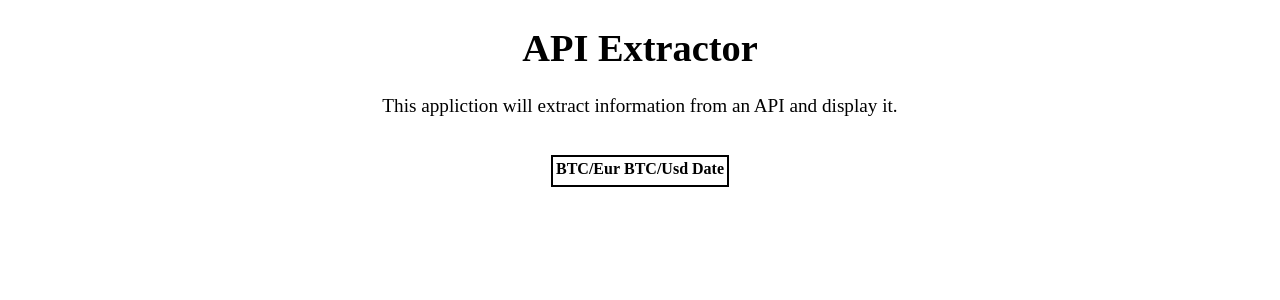
Repository: vxyux/api-extraction
Page: index.html
The author's editor kept a copy of each file at every save. The page is drawn from the files as they stood at one save, then again after a run of saves.
The browser window is 1280 px wide. The pictures show the whole page.
The page's requests for data from a server got no answer.

Above is the page before, as saved 2023-09-05 10:35:43.

### index.html
<!DOCTYPE html>
<html lang="en">
<head>
  <meta charset="UTF-8">
  <meta name="viewport" content="width=device-width, initial-scale=1.0">
  <title>Document</title>
  <link rel="stylesheet" href="stylesheet.css">
  <script src="app.js"></script>
</head>
<body>
  <div class="center">
    <h1>API Extractor</h1>
    <p>This appliction will extract information from an API and display it.</p>
  </div>

  <img src="" id="loading" alt="">

  <table>
  <tr>
    <th>BTC/Eur</th>
    <th>BTC/Usd</th>
    <th>Date</th>
  </tr>
  <tr>
    <td><div id="rate-eur"></div></td>
    <td><div id="rate-usd"></div></td>
    <td><div id="date"></div></td>
  </tr>
</table>
</body>
</html>

### stylesheet.css
.center {
  text-align: center;
  font-size: 120%;
}

table
{
  border: 1px solid black;
  border-width: 2px;
  margin-left: auto;
  margin-right: auto;
}

### app.js
const api_url = 'https://api.coindesk.com/v1/bpi/currentprice.json';

async function getapi(url) {
  const response = await fetch(url);

  var data = await response.json();

  console.log(data.bpi.EUR.rate);

  if (response) {
    hideloader();
  }
  show(data);
}

getapi(api_url);

function hideloader() {
  document.getElementById('loading').style.display = 'none';
}

function show(data) {
  var rate_eur = data.bpi.EUR.rate;
  var rate_usd = data.bpi.USD.rate;
  var date = data.time.updated;

  document.getElementById('rate-eur').innerHTML =
    '<p>' + rate_eur + '</p>';

  document.getElementById('rate-usd').innerHTML =
    '<p>' + rate_usd + '</p>';

  document.getElementById('date').innerHTML =
    '<p>' + date + '</p>';
}

After the next 2 saves:
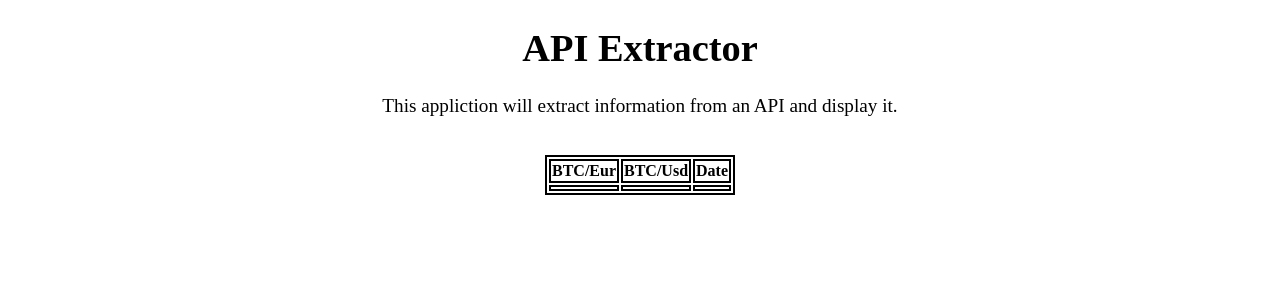
The 2 saves are shown as one change because they came seconds apart.
The last was saved 5 s later.
--- a/stylesheet.css
+++ b/stylesheet.css
@@ -3,7 +3,7 @@
   font-size: 120%;
 }
 
-table
+table, th, td
 {
   border: 1px solid black;
   border-width: 2px;
